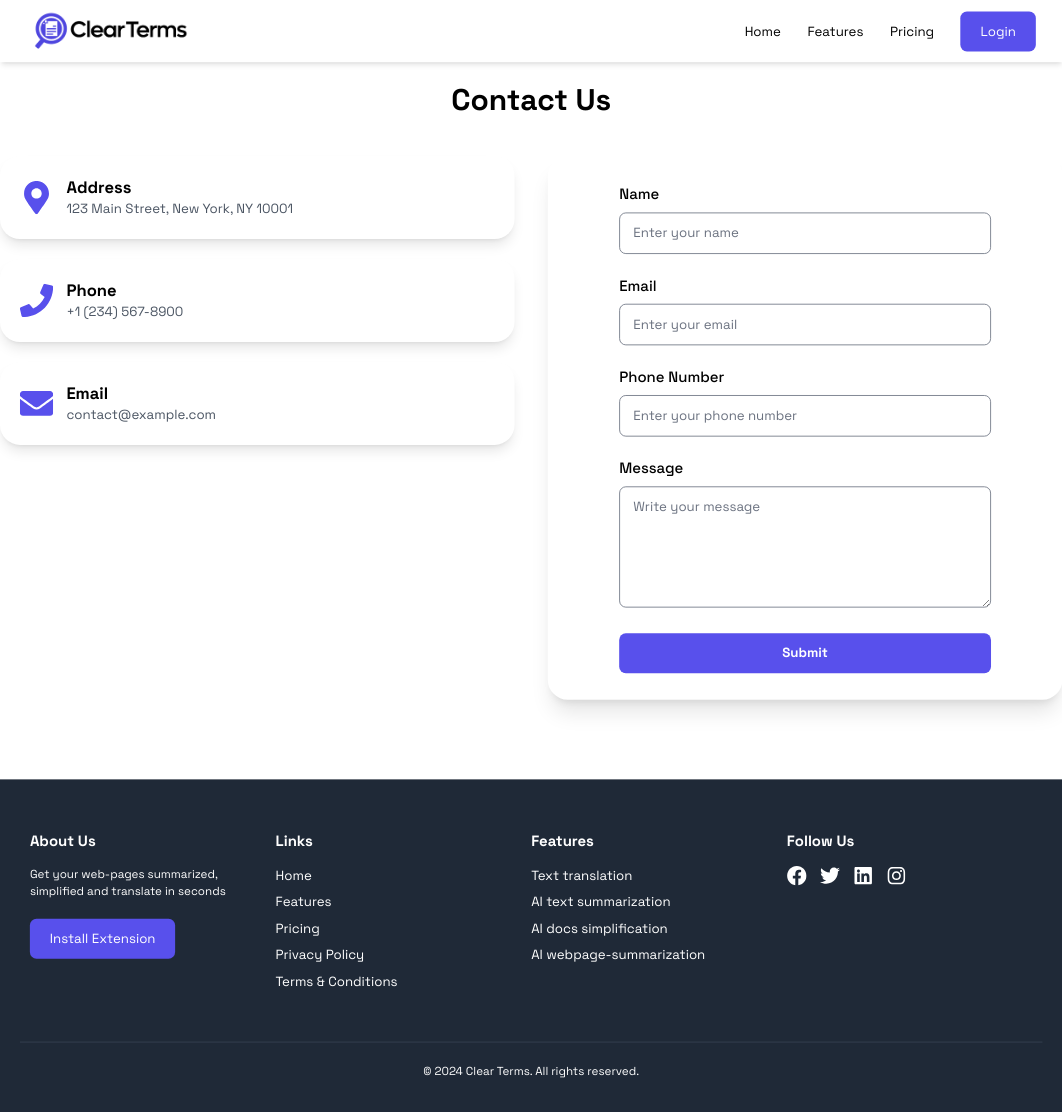
Repository: sabeelyousaf/clearterms
Page: /contact
An editor plug-in stored every save of this project. The page is shown before and after the next save, followed by the edit.
The browser window is 1280 px wide. The pictures show the whole page, at 83% of full size.
The project was rebuilt for these pictures with package versions that can differ from the ones it lists, and the page was loaded fresh each time. The framework's server and built-in components were replaced by stand-ins that run in the browser. Also part of the build but not shown: next.config.js.

Above is the page before, as saved 2024-12-01 01:55:58.

### src/app/layout.js
import './globals.css'
import { Space_Grotesk } from 'next/font/google'

const font = Space_Grotesk({ subsets: ['latin'] })

export const metadata = {
  title: 'Clear Terms',
  description: 'clear terms',
}

export default function RootLayout({ children }) {
  return (
    <html lang="en">
      <body className={font.className}>{children}</body>
    </html>
  )
}

### src/app/contact/page.jsx
import React from 'react'
import Header from '../components/Header'
import ContactComponent from '../components/contact/page'
import Footer from '../components/Footer'

export default function page() {
  return (
    <div className='mt-5'>
       <Header />
      <ContactComponent/>
      <Footer/>
    </div>
  )
}

### src/app/globals.css
@tailwind base;
@tailwind components;
@tailwind utilities;

*{
    scroll-behavior: smooth;
}

.bg-green{
  background-color: green;
}
.loader {
    border: 4px solid rgba(255, 255, 255, 0.3);
    border-top: 4px solid #3498db;
    border-radius: 50%;
    width: 40px; /* Size of the loader */
    height: 40px; /* Size of the loader */
    animation: spin 1s linear infinite;
  }

  @keyframes spin {
    0% { transform: rotate(0deg); }
    100% { transform: rotate(360deg); }
  }
.max-w-lg{
    max-width: 900px;
    min-width: 400px;
}


  .grow-effect {
    animation: grow 1s infinite alternate;
  }

  @keyframes grow {
    0% {
      transform: scale(1);
    }
    100% {
      transform: scale(1.1);
    }
  }


  /* Center the spinner in the middle of the page */
.spinner-container {
  display: flex;
  justify-content: center;
  align-items: center;
  height: 100vh;
  background-color: #f8f9fa; /* Optional: Light background color */
}

.spinner {
  width: 50px;
  height: 50px;
  border: 5px solid rgba(0, 0, 0, 0.1); /* Light border */
  border-top: 5px solid #007bff; /* Primary color */
  border-radius: 50%;
  animation: spin 1s linear infinite;
}
.mob-center{
  margin: 0px!important;
}
.mob-hide{
  display: none!important;
}

/* Spinner animation */
@keyframes spin {
  from {
    transform: rotate(0deg);
  }
  to {
    transform: rotate(360deg);
  }
}
@media(max-width:768px){
  .mob-center{
    margin: 0px!important;
  }
}

### src/app/components/Header.jsx
"use client";
import Image from 'next/image';
import Link from 'next/link';
import React, { useState, useEffect } from 'react';
import { AiOutlineMenu } from 'react-icons/ai'; // Icon for mobile menu
import { motion } from 'framer-motion';
import { AiOutlineUser } from 'react-icons/ai'; // Profile icon
import logo from './../../../public/logo.png'
const Header = () => {
    const [isOpen, setIsOpen] = useState(false);
    const [dropdownOpen, setDropdownOpen] = useState(false);
    const [isLoggedIn, setIsLoggedIn] = useState(false);

    const toggleMenu = () => {
        setIsOpen(!isOpen);
    };

    const toggleDropdown = () => {
        setDropdownOpen(!dropdownOpen);
    };

    // Check if the user is logged in
    useEffect(() => {
        const token = sessionStorage.getItem('token');
        setIsLoggedIn(token !== null); // Update logged-in state
    }, []);

    return (
        <div>
            <header className="bg-white shadow-md fixed w-full top-0 z-50 py-3">
                <div className="max-w-screen-xl mx-auto flex justify-between items-center px-4 md:px-8">
                    <Image src={logo} alt='Logo' width={200} className=' object-contain bg-blend-overlay' />
                    <nav className="hidden md:flex gap-x-8 items-center">
                        <Link href="/#home"><p className="hover:text-indigo-600">Home</p></Link>
                        <Link href="/#features"><p className="hover:text-indigo-600">Features</p></Link>
                        <Link href="/#pricing"><p className="hover:text-indigo-600">Pricing</p></Link>
                        {!isLoggedIn ? (
                            <Link href="/login"><p className="bg-indigo-600 text-white px-6 py-3 rounded-lg">Login</p></Link>
                        ) : (
                            <div className="relative">
                                <button onClick={toggleDropdown} className="flex items-center">
                                    <AiOutlineUser className="w-6 h-6" />
                                </button>
                                {dropdownOpen && (
                                    <div className="absolute right-0 mt-2 w-48 bg-white shadow-lg rounded-md z-20">
                                        <Link href="/dashboard" className="block px-4 py-2 text-sm hover:bg-indigo-100">Dashboard</Link>
                                        <Link href="/dashboard/profile" className="block px-4 py-2 text-sm hover:bg-indigo-100">Settings</Link>
                                        <button onClick={() => {
                                            sessionStorage.removeItem('token'); // Clear the token on logout
                                            setIsLoggedIn(false); // Update logged-in state
                                            window.location.href = '/'; // Redirect to homepage
                                        }} className="block w-full text-left px-4 py-2 text-sm hover:bg-indigo-100">Logout</button>
                                    </div>
                                )}
                            </div>
                        )}
                    </nav>
                    {/* Mobile Menu Button */}
                    <button className="md:hidden" onClick={toggleMenu}>
                        <AiOutlineMenu className="w-6 h-6" /> {/* React Icon for the menu */}
                    </button>
                </div>

                {/* Mobile Menu */}
                {isOpen && (
                    <motion.div
                        initial={{ opacity: 0, y: -20 }}
                        animate={{ opacity: 1, y: 0 }}
                        exit={{ opacity: 0, y: -20 }}
                        className="md:hidden bg-white shadow-lg absolute top-16 left-0 w-full"
                    >
                        <div className="flex flex-col items-center space-y-4 py-4">
                            <Link href="#home"><p className="hover:text-indigo-600" onClick={toggleMenu}>Home</p></Link>
                            <Link href="#features"><p className="hover:text-indigo-600" onClick={toggleMenu}>Features</p></Link>
                            <Link href="#pricing"><p className="hover:text-indigo-600" onClick={toggleMenu}>Pricing</p></Link>
                            {!isLoggedIn ? (
                                <Link href="/login"><p className="bg-indigo-600 text-white px-6 py-2 rounded-lg">Login</p></Link>
                            ) : (
                                <div className="relative">
                                    <button onClick={toggleDropdown} className="flex items-center">
                                        <AiOutlineUser className="w-6 h-6" />
                                    </button>
                                    {dropdownOpen && (
                                        <div className="absolute right-0 mt-2 w-48 bg-white shadow-lg rounded-md z-20">
                                            <Link href="/dashboard" className="block px-4 py-2 text-sm hover:bg-indigo-100">Dashboard</Link>
                                            <Link href="/dashboard/profile" className="block px-4 py-2 text-sm hover:bg-indigo-100">Settings</Link>
                                            <button onClick={() => {
                                                sessionStorage.removeItem('token'); // Clear the token on logout
                                                setIsLoggedIn(false); // Update logged-in state
                                                window.location.href = '/'; // Redirect to homepage
                                            }} className="block w-full text-left px-4 py-2 text-sm hover:bg-indigo-100">Logout</button>
                                        </div>
                                    )}
                                </div>
                            )}
                        </div>
                    </motion.div>
                )}
            </header>
        </div>
    );
}

export default Header;

### src/app/components/contact/page.jsx
"use client";
import { contactMail } from "@/app/api/routes";
import { motion } from "framer-motion";
import { useState } from "react";
import { FaMapMarkerAlt, FaPhone, FaEnvelope, FaFacebook, FaTwitter, FaLinkedin, FaInstagram } from "react-icons/fa";

const ContactComponent = () => {

    const [formData, setFormData] = useState({
      name: "",
      email: "",
      phone: "",
      message: "",
    });

    const [status, setStatus] = useState("");

    const handleInputChange = (e) => {
      const { id, value } = e.target;
      setFormData((prev) => ({ ...prev, [id]: value }));
    };


    const handleSubmit = async (e) => {
      e.preventDefault();
      setStatus(""); // Clear previous status

      try {
        const response = await fetch(contactMail, {
          method: "POST",
          headers: {
            "Content-Type": "application/json",
          },
          body: JSON.stringify(formData),
        });

        if (response.ok) {
          setStatus("Email sent successfully!");
          setFormData({ name: "", email: "", phone: "", message: "" });
        } else {
          setStatus("Failed to send email. Please try again later.");
        }
      } catch (error) {
        setStatus("An error occurred. Please try again later.");
      }
    };

  return (
    <motion.section
      id="contact"
      className="py-20 "
      initial={{ opacity: 0 }}
      animate={{ opacity: 1 }}
      transition={{ duration: 0.8 }}
    >
      <div className="max-w-screen-xl mx-auto md:px-0 px-3 mb-4">
        <h2 className="text-4xl font-bold text-center mb-12">Contact Us</h2>
        <div className="flex flex-wrap ">
          {/* Icons Section */}
          <div className="w-full md:w-1/2 space-y-6 lg:pe-5 md:pe-5">
            <div className="flex items-center gap-4 bg-white p-6 rounded-3xl shadow-lg">
              <FaMapMarkerAlt className="text-indigo-600 w-10 h-10" />
              <div>
                <h3 className="text-xl font-bold">Address</h3>
                <p className="text-gray-600">123 Main Street, New York, NY 10001</p>
              </div>
            </div>
            <div className="flex items-center gap-4 bg-white p-6 rounded-3xl shadow-lg">
              <FaPhone className="text-indigo-600 w-10 h-10" />
              <div>
                <h3 className="text-xl font-bold">Phone</h3>
                <p className="text-gray-600">+1 (234) 567-8900</p>
              </div>
            </div>
            <div className="flex items-center gap-4 bg-white p-6 rounded-3xl shadow-lg">
              <FaEnvelope className="text-indigo-600 w-10 h-10" />
              <div>
                <h3 className="text-xl font-bold">Email</h3>
                <p className="text-gray-600">contact@example.com</p>
              </div>
            </div>
            <img src="https://img.freepik.com/free-vector/vector-blue-arrow-isolated-white_1284-41891.jpg" className="w-1/2 mob-hide ms-auto d-block" alt="" />
          </div>

          {/* Contact Form */}
          <div className="w-full md:w-1/2 lg:ps-5 mob-margin">
            <div className="bg-white rounded-3xl shadow-xl p-8 w-full">
            <form onSubmit={handleSubmit} className="space-y-6 max-w-md mx-auto">
          <div>
            <label htmlFor="name" className="block text-lg font-medium mb-2">
              Name
            </label>
            <input
              type="text"
              id="name"
              value={formData.name}
              onChange={handleInputChange}
              className="w-full px-4 py-3 border rounded-lg focus:ring-2 focus:ring-indigo-500"
              placeholder="Enter your name"
              required
            />
          </div>
          <div>
            <label htmlFor="email" className="block text-lg font-medium mb-2">
              Email
            </label>
            <input
              type="email"
              id="email"
              value={formData.email}
              onChange={handleInputChange}
              className="w-full px-4 py-3 border rounded-lg focus:ring-2 focus:ring-indigo-500"
              placeholder="Enter your email"
              required
            />
          </div>
          <div>
            <label htmlFor="phone" className="block text-lg font-medium mb-2">
              Phone Number
            </label>
            <input
              type="tel"
              id="phone"
              value={formData.phone}
              onChange={handleInputChange}
              className="w-full px-4 py-3 border rounded-lg focus:ring-2 focus:ring-indigo-500"
              placeholder="Enter your phone number"
            />
          </div>
          <div>
            <label htmlFor="message" className="block text-lg font-medium mb-2">
              Message
            </label>
            <textarea
              id="message"
              value={formData.message}
              onChange={handleInputChange}
              rows="5"
              className="w-full px-4 py-3 border rounded-lg focus:ring-2 focus:ring-indigo-500"
              placeholder="Write your message"
              required
            ></textarea>
          </div>
          <motion.button
            type="submit"
            className="bg-indigo-600 text-white px-8 py-3 rounded-lg font-bold w-full transform transition-transform"
            whileHover={{ scale: 1.05 }}
          >
            Submit
          </motion.button>
          {status && <p className="mt-4 text-center text-gray-700">{status}</p>}
        </form>
            </div>


          </div>
        </div>
      </div>
    </motion.section>
  );
};

export default ContactComponent;

### src/app/components/Footer.jsx
'use client';

import Link from 'next/link';
import { FaFacebook, FaTwitter, FaLinkedin, FaInstagram } from 'react-icons/fa';

const Footer = () => {
    return (
        <footer className="bg-gray-800 text-white py-10">
            <div className="max-w-screen-xl mx-auto px-6">
                <div className="flex flex-row mb-8 flex-wrap">
                    {/* About Section */}
                    <div className='w-full py-5 px-3 lg:w-1/4'>
                        <h4 className="text-lg font-bold mb-4">About Us</h4>
                        <p className="text-sm mb-2">
                        Get your web-pages summarized, simplified and translate in seconds
                        </p>
                        <Link href="/" className="text-white hover:underline">
                            <button className="bg-indigo-600 text-white px-6 py-3 rounded-lg mt-4">Install Extension</button>
                        </Link>
                    </div>


                    <div className='w-1/2 py-5 lg:w-1/4'>
                        <h4 className="text-lg font-bold mb-4">Links</h4>
                        <ul className="list-none">
                            <li className="mb-2">
                                <Link href="/" className="text-white hover:underline">
                                    Home
                                </Link>
                            </li>
                            <li className="mb-2">
                                <Link href="/#features" className="text-white hover:underline">
                                    Features
                                </Link>
                            </li>
                            <li className="mb-2">
                                <Link href="/#pricing" className="text-white hover:underline">
                                    Pricing
                                </Link>
                            </li>
                            <li className="mb-2">
                            <Link href="/privacy-policy" className="text-white hover:underline">
                                Privacy Policy
                                </Link>
                            </li>
                            <li className="mb-2">
                            <Link href="/terms-conditions" className="text-white hover:underline">
                                Terms & Conditions
                                </Link>
                            </li>
                        </ul>
                    </div>
                    {/* Links Section */}
                    <div className=' w-1/2 py-5  lg:w-1/4'>
                        <h4 className="text-lg font-bold mb-4">Features</h4>
                        <ul className="list-none">
                            <li className="mb-2">
                            Text translation

                            </li>
                            <li className="mb-2">
                            AI text summarization
                            </li>
                            <li className="mb-2">
                            AI docs simplification

                            </li>
                            <li className="mb-2">
                            AI webpage-summarization
                            </li>

                        </ul>
                    </div>



                    {/* Social Media Section */}
                    <div className='sm:w-auto py-5 lg:w-1/4'>
                        <h4 className="text-lg font-bold mb-4">Follow Us</h4>
                        <ul className="flex space-x-4">
                            <li>
                                <Link href="https://facebook.com" target="_blank" rel="noopener noreferrer">
                                    <FaFacebook className="w-6 h-6 text-white hover:text-indigo-300" />
                                </Link>
                            </li>
                            <li>
                                <Link href="https://twitter.com" target="_blank" rel="noopener noreferrer">
                                    <FaTwitter className="w-6 h-6 text-white hover:text-indigo-300" />
                                </Link>
                            </li>
                            <li>
                                <Link href="https://linkedin.com" target="_blank" rel="noopener noreferrer">
                                    <FaLinkedin className="w-6 h-6 text-white hover:text-indigo-300" />
                                </Link>
                            </li>
                            <li>
                                <Link href="https://instagram.com" target="_blank" rel="noopener noreferrer">
                                    <FaInstagram className="w-6 h-6 text-white hover:text-indigo-300" />
                                </Link>
                            </li>
                        </ul>
                    </div>
                </div>
                <hr className="border-gray-700" />
                <div className="text-center mt-6">
                    <p className="text-sm">
                        &copy; {new Date().getFullYear()} Clear Terms. All rights reserved.
                    </p>
                </div>
            </div>
        </footer>
    );
};

export default Footer;

### src/app/api/routes.jsx
// Base URL
const BASE_URL = "http://127.0.0.1:8000/api";

// Auth
const login = `${BASE_URL}/login`;
const register = `${BASE_URL}/register`;
const resetPassword = `${BASE_URL}/reset-password`;
const profileUpdate = `${BASE_URL}/profile-update`;
const forgotPassword = `${BASE_URL}/forgot-password`;
const googleAuth= `${BASE_URL}/auth/google`
const redirectGoogle= `${BASE_URL}/redirect/google`


// Stripe
const checkSubscription = `${BASE_URL}/check-subscription`;
const checkoutSession = `${BASE_URL}/create-checkout-session`;

// Docs
const allDocs = `${BASE_URL}/docs`;
const singleDoc = `${BASE_URL}/doc`;
const uploadDoc = `${BASE_URL}/doc/upload`;

// AI
const docSummarize = `${BASE_URL}/doc/summarize`;
const docSimplify = `${BASE_URL}/doc/simplify`;

//Generate PDF & DOCX
const downloadContent = `${BASE_URL}/download-content`;

//Contact Mail
const contactMail= `${BASE_URL}/contact-mail`;

export {
    login,
    register,
    checkSubscription,
    checkoutSession,
    allDocs,
    uploadDoc,
    docSummarize,
    docSimplify,
    profileUpdate,
    singleDoc,
    downloadContent,
    forgotPassword,
    resetPassword,
    googleAuth,
    contactMail,
    redirectGoogle
};

### tailwind.config.js
/** @type {import('tailwindcss').Config} */
module.exports = {
  content: [
    './src/pages/**/*.{js,ts,jsx,tsx,mdx}',
    './src/components/**/*.{js,ts,jsx,tsx,mdx}',
    './src/app/**/*.{js,ts,jsx,tsx,mdx}',
      "./node_modules/flowbite/**/*.js",

  ],
  theme: {
    extend: {
      backgroundImage: {
        'gradient-radial': 'radial-gradient(var(--tw-gradient-stops))',
        'gradient-conic':
          'conic-gradient(from 180deg at 50% 50%, var(--tw-gradient-stops))',
         'custom-gradient': 'linear-gradient(89.7deg, rgb(0, 32, 95) 2.8%, rgb(132, 53, 142) 97.8%)',
      },
      colors: {
        primary: '#4f46e5',
      }
    },
  },
  plugins: [
    require('flowbite/plugin')
  ],
}

After the next save:
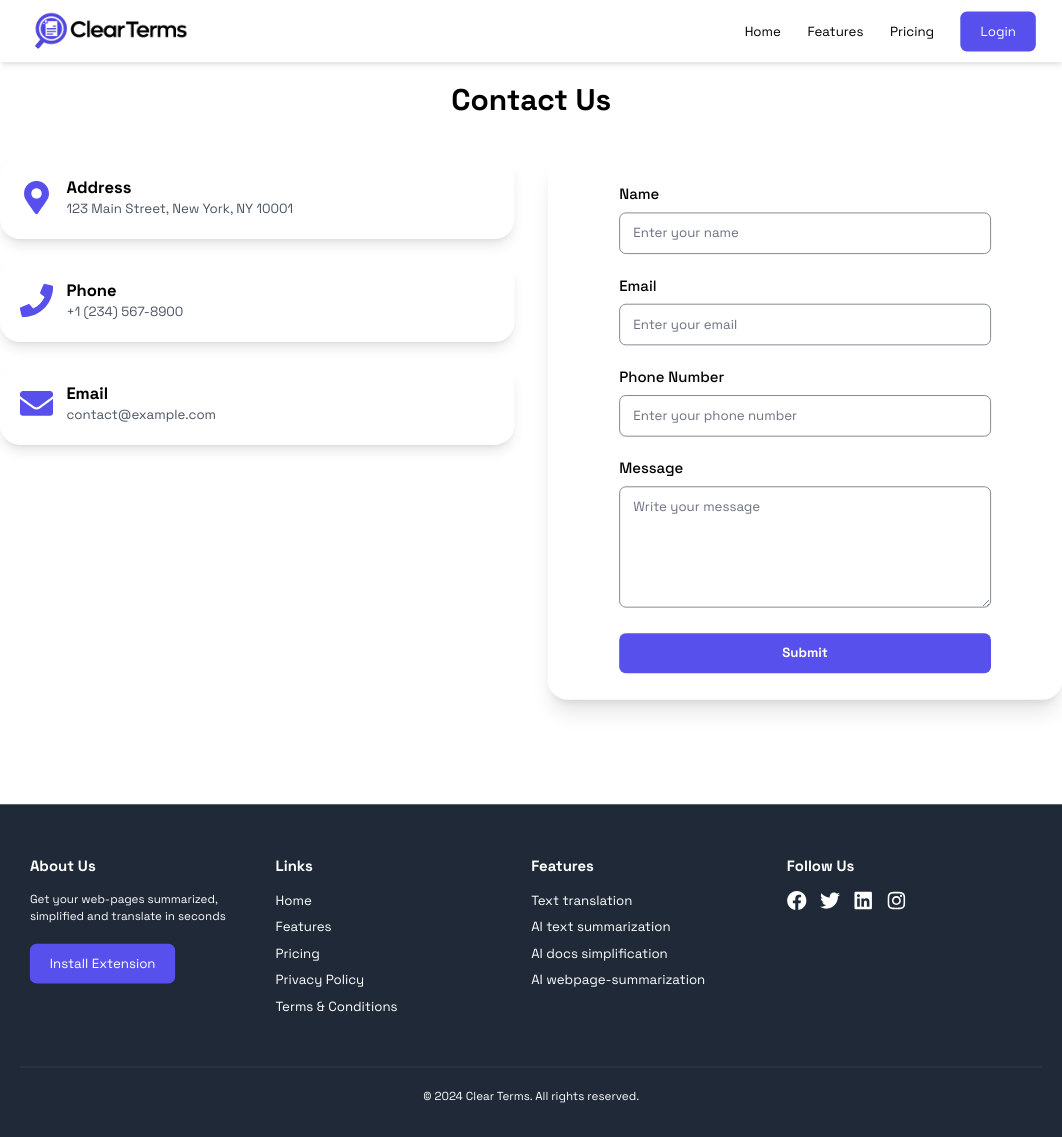
Saved 14 s later.
--- a/src/app/globals.css
+++ b/src/app/globals.css
@@ -65,6 +65,9 @@
 .mob-hide{
   display: none!important;
 }
+.mob-margin{
+  margin-bottom: 30px;
+}
 
 /* Spinner animation */
 @keyframes spin {
